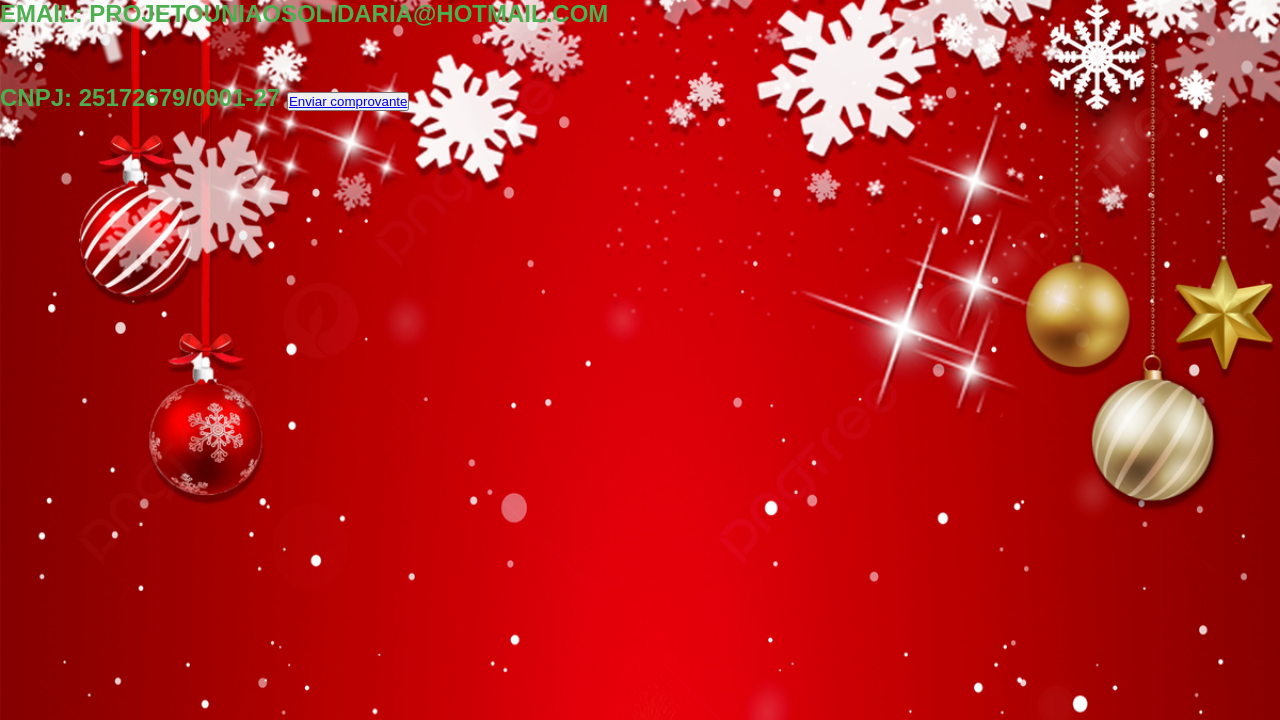
Repository: adrtrvs/qrcodeong
Page: pix.html
These files come from the project's save history. The page is drawn as it stood at one moment and after the next save; the edit follows.
The browser window is 1280 px wide. The pictures show the whole page.
Some web fonts or font styles are not loaded; a fallback is used.

Above is the page before, as saved 2022-11-07 11:08:10.

After the next save:
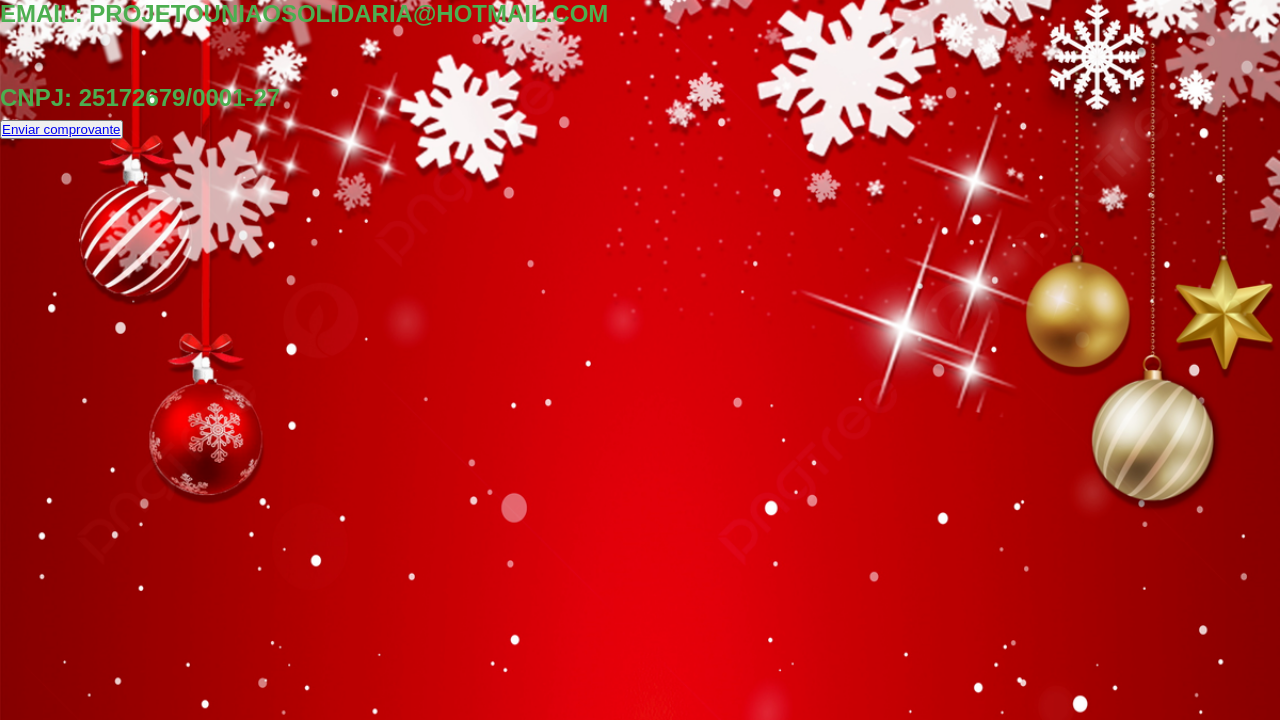
Saved 8 s later.
--- a/pix.html
+++ b/pix.html
@@ -11,7 +11,7 @@
   <body>
     <h2 class="_pix">
       Email: projetouniaosolidaria@hotmail.com <br /><br /><br />
-      CNPJ: 25172679/0001-27
+      CNPJ: 25172679/0001-27 <br />
       <button class="botaocomprov">
         <a href="https://wa.link/eox7dz" target="_blank">Enviar comprovante</a>
       </button>
